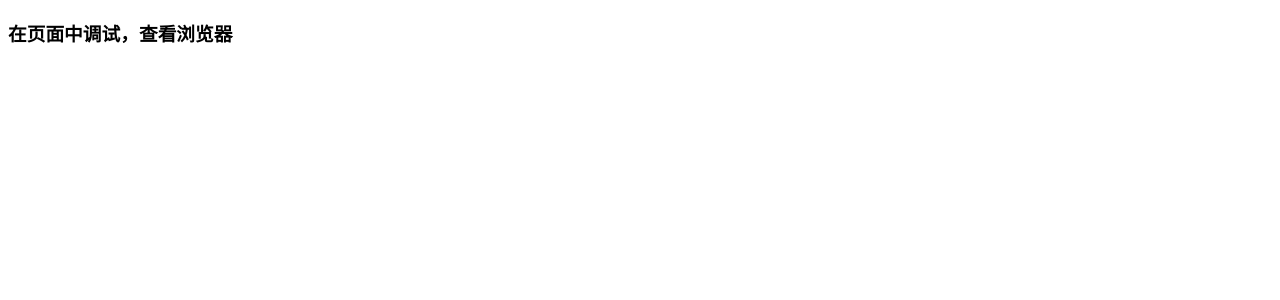
Repository: Gin1217/frontStudy
Page: html/getOsandBrowser.html
An editor plug-in stored every save of this project. The page is shown before and after the next save, followed by the edit.
The browser window is 1280 px wide. The pictures show the whole page.

Above is the page before, as saved 2021-03-22 23:37:01.

After the next save:
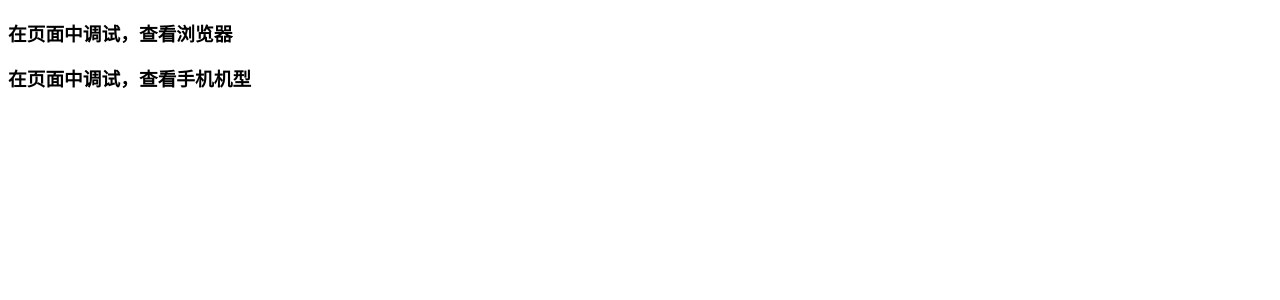
Saved 37 s later.
--- a/html/getOsandBrowser.html
+++ b/html/getOsandBrowser.html
@@ -11,6 +11,9 @@
     <script src="https://cdn.jsdelivr.net/npm/vue/dist/vue.js"></script>
     <h3>在页面中调试，查看浏览器</h3>
     <script src="/js/getOs.js"></script>
+
+    <h3>在页面中调试，查看手机机型</h3>
+    <script src="/js/BrowserInfo.js"></script>
     <script>
         const app = new Vue({
             el: '#app',
